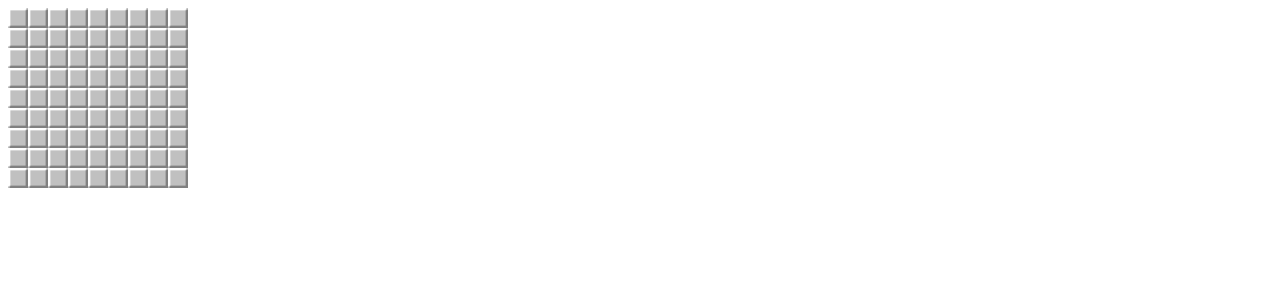
Repository: vLinv/MineSweeper
Page: index.html
An editor plug-in stored every save of this project. The page is shown before and after the next save, followed by the edit.
The browser window is 1280 px wide. The pictures show the whole page.

Above is the page before, as saved 2022-02-18 09:59:26.

After the next save:
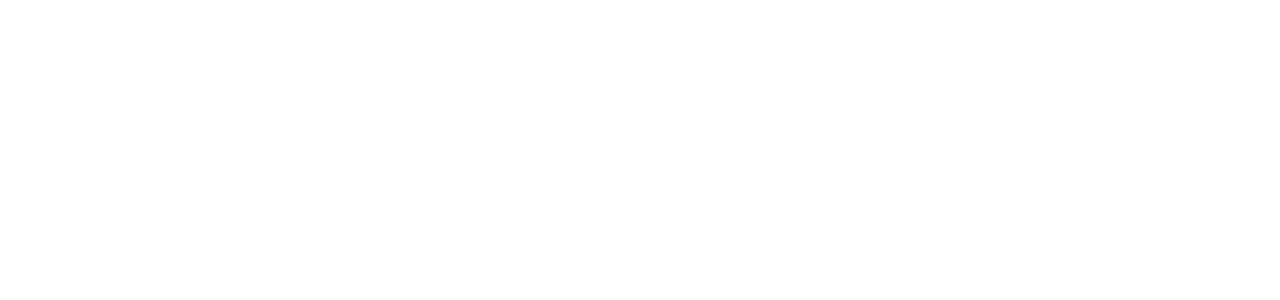
Console error: ReferenceError: imgArr is not defined
Saved 7 min 49 s later.
--- a/index.html
+++ b/index.html
@@ -14,8 +14,7 @@
     /** @type {HTMLCanvasElement} */
     const canvasNode = document.getElementById('canvas')
     const ctx = canvasNode.getContext('2d')
-    const imgArrElement = new Map();
-    const imgArr = new Map();
+
     let map = []
     let bombList = []
     let flagGrid = []
@@ -23,6 +22,8 @@
     let isGameOver = false;
 
     function initImage() {
+      const imgArrElement = new Map();
+      const imgArr = new Map();
       imgArr.set('ask', './img/ask.gif')
       imgArr.set('blank', './img/blank.gif')
       imgArr.set('blood', './img/blood.gif')

After the save that followed:
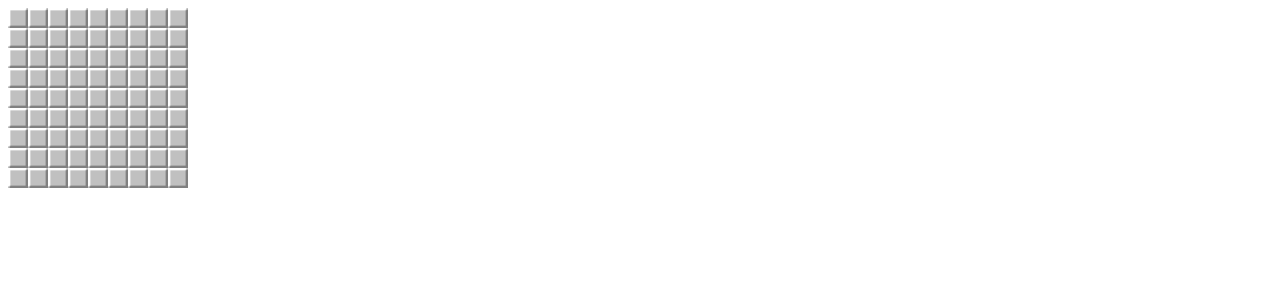
The error is gone.
Saved 10 s later.
--- a/index.html
+++ b/index.html
@@ -14,7 +14,8 @@
     /** @type {HTMLCanvasElement} */
     const canvasNode = document.getElementById('canvas')
     const ctx = canvasNode.getContext('2d')
-
+    const imgArrElement = new Map();
+    const imgArr = new Map();
     let map = []
     let bombList = []
     let flagGrid = []
@@ -22,8 +23,6 @@
     let isGameOver = false;
 
     function initImage() {
-      const imgArrElement = new Map();
-      const imgArr = new Map();
       imgArr.set('ask', './img/ask.gif')
       imgArr.set('blank', './img/blank.gif')
       imgArr.set('blood', './img/blood.gif')
